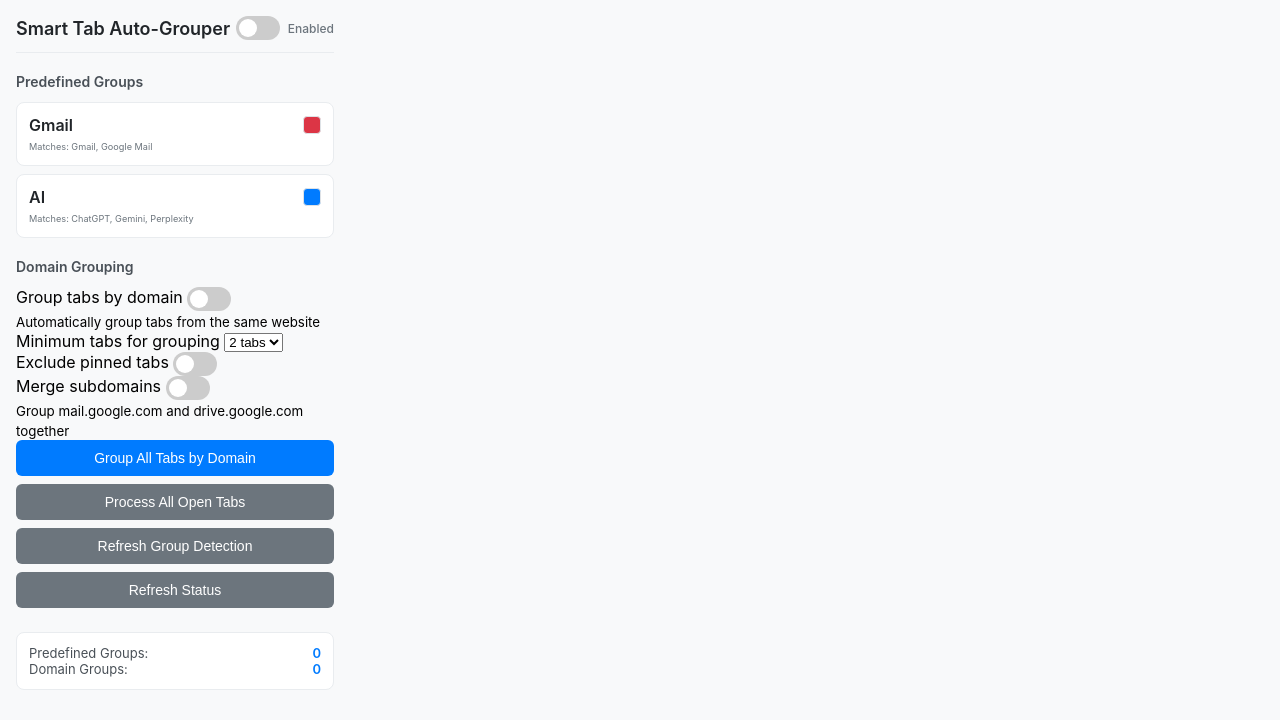
Repository: ZvonkoNS/smart-tab-grouper
Page: popup.html
The author's editor kept a copy of each file at every save. The page is drawn from the files as they stood at one save, then again after the next save.
The browser window is 1280 px wide. The pictures show the whole page.

Above is the page before, as saved 2025-06-02 19:30:23.

### popup.html
<!DOCTYPE html>
<html>
<head>
  <meta charset="utf-8">
  <link rel="stylesheet" href="popup.css">
</head>
<body>
  <div class="container">
    <header>
      <h1>Smart Tab Auto-Grouper</h1>
      <div class="toggle-container">
        <label class="switch">
          <input type="checkbox" id="enableToggle">
          <span class="slider"></span>
        </label>
        <span id="statusText">Enabled</span>
      </div>
    </header>

    <main>
      <section class="group-config">
        <h2>Predefined Groups</h2>

        <div class="group-item">
          <div class="group-header">
            <span class="group-title">Gmail</span>
            <span class="group-color gmail-color"></span>
          </div>
          <div class="group-patterns">
            <small>Matches: Gmail, Google Mail</small>
          </div>
        </div>

        <div class="group-item">
          <div class="group-header">
            <span class="group-title">AI</span>
            <span class="group-color ai-color"></span>
          </div>
          <div class="group-patterns">
            <small>Matches: ChatGPT, Gemini, Perplexity</small>
          </div>
        </div>
      </section>

      <section class="domain-grouping">
        <h2>Domain Grouping</h2>

        <div class="setting-item">
          <div class="setting-header">
            <span>Group tabs by domain</span>
            <label class="switch small">
              <input type="checkbox" id="domainGroupingToggle">
              <span class="slider"></span>
            </label>
          </div>
          <div class="setting-description">
            <small>Automatically group tabs from the same website</small>
          </div>
        </div>

        <div class="setting-item">
          <div class="setting-header">
            <span>Minimum tabs for grouping</span>
            <select id="minTabsSelect">
              <option value="2">2 tabs</option>
              <option value="3">3 tabs</option>
              <option value="4">4 tabs</option>
              <option value="5">5 tabs</option>
            </select>
          </div>
        </div>

        <div class="setting-item">
          <div class="setting-header">
            <span>Exclude pinned tabs</span>
            <label class="switch small">
              <input type="checkbox" id="excludePinnedToggle">
              <span class="slider"></span>
            </label>
          </div>
        </div>

        <div class="setting-item">
          <div class="setting-header">
            <span>Merge subdomains</span>
            <label class="switch small">
              <input type="checkbox" id="mergeSubdomainsToggle">
              <span class="slider"></span>
            </label>
          </div>
          <div class="setting-description">
            <small>Group mail.google.com and drive.google.com together</small>
          </div>
        </div>
      </section>

      <section class="actions">
        <button id="groupByDomain" class="btn primary">
          Group All Tabs by Domain
        </button>
        <button id="processAllTabs" class="btn secondary">
          Process All Open Tabs
        </button>
        <button id="refreshGroups" class="btn secondary">
          Refresh Group Detection
        </button>
        <button id="refreshStatus" class="btn secondary">
          Refresh Status
        </button>
      </section>

      <section class="status">
        <div class="status-item">
          <span>Predefined Groups:</span>
          <span id="activeGroupsCount">0</span>
        </div>
        <div class="status-item">
          <span>Domain Groups:</span>
          <span id="activeDomainGroupsCount">0</span>
        </div>
      </section>
    </main>
  </div>

  <script src="popup.js"></script>
</body>
</html>

### popup.css
body {
  width: 350px;
  margin: 0;
  font-family: -apple-system, BlinkMacSystemFont, 'Segoe UI', Roboto, sans-serif;
  background: #f8f9fa;
}

.container {
  padding: 16px;
}

header {
  display: flex;
  justify-content: space-between;
  align-items: center;
  margin-bottom: 20px;
  padding-bottom: 12px;
  border-bottom: 1px solid #e9ecef;
}

h1 {
  margin: 0;
  font-size: 18px;
  font-weight: 600;
  color: #212529;
}

h2 {
  margin: 0 0 12px 0;
  font-size: 14px;
  font-weight: 600;
  color: #495057;
}

.toggle-container {
  display: flex;
  align-items: center;
  gap: 8px;
}

.switch {
  position: relative;
  display: inline-block;
  width: 44px;
  height: 24px;
}

.switch input {
  opacity: 0;
  width: 0;
  height: 0;
}

.slider {
  position: absolute;
  cursor: pointer;
  top: 0;
  left: 0;
  right: 0;
  bottom: 0;
  background-color: #ccc;
  transition: .4s;
  border-radius: 24px;
}

.slider:before {
  position: absolute;
  content: "";
  height: 18px;
  width: 18px;
  left: 3px;
  bottom: 3px;
  background-color: white;
  transition: .4s;
  border-radius: 50%;
}

input:checked + .slider {
  background-color: #007bff;
}

input:checked + .slider:before {
  transform: translateX(20px);
}

#statusText {
  font-size: 12px;
  color: #6c757d;
  font-weight: 500;
}

.group-config {
  margin-bottom: 20px;
}

.group-item {
  background: white;
  border: 1px solid #e9ecef;
  border-radius: 8px;
  padding: 12px;
  margin-bottom: 8px;
}

.group-header {
  display: flex;
  justify-content: space-between;
  align-items: center;
  margin-bottom: 4px;
}

.group-title {
  font-weight: 600;
  color: #212529;
}

.group-color {
  width: 16px;
  height: 16px;
  border-radius: 4px;
  border: 1px solid #dee2e6;
}

.gmail-color {
  background-color: #dc3545;
}

.ai-color {
  background-color: #007bff;
}

.group-patterns {
  color: #6c757d;
  font-size: 11px;
}

.actions {
  margin-bottom: 16px;
}

.btn {
  width: 100%;
  padding: 10px 16px;
  border: none;
  border-radius: 6px;
  font-size: 14px;
  font-weight: 500;
  cursor: pointer;
  transition: all 0.2s;
  margin-bottom: 8px;
}

.btn.primary {
  background-color: #007bff;
  color: white;
}

.btn.primary:hover {
  background-color: #0056b3;
}

.btn.secondary {
  background-color: #6c757d;
  color: white;
}

.btn.secondary:hover {
  background-color: #545b62;
}

.status {
  background: white;
  border: 1px solid #e9ecef;
  border-radius: 8px;
  padding: 12px;
}

.status-item {
  display: flex;
  justify-content: space-between;
  font-size: 13px;
  color: #495057;
}

.status-item span:last-child {
  font-weight: 600;
  color: #007bff;
}

### popup.js
class PopupManager {
  constructor() {
    this.initializePopup();
  }

  async initializePopup() {
    await this.loadStatus();
    this.setupEventListeners();
  }

  async loadStatus() {
    try {
      const response = await this.sendMessage({ action: 'getStatus' });
      this.updateUI(response);
    } catch (error) {
      console.error('Error loading status:', error);
    }
  }

  updateUI(status) {
    const enableToggle = document.getElementById('enableToggle');
    const statusText = document.getElementById('statusText');
    const activeGroupsCount = document.getElementById('activeGroupsCount');

    enableToggle.checked = status.enabled;
    statusText.textContent = status.enabled ? 'Enabled' : 'Disabled';
    activeGroupsCount.textContent = status.activeGroups || 0;
  }

  setupEventListeners() {
    const enableToggle = document.getElementById('enableToggle');
    const processAllTabs = document.getElementById('processAllTabs');
    const refreshGroups = document.getElementById('refreshGroups');
    const refreshStatus = document.getElementById('refreshStatus');

    enableToggle.addEventListener('change', async () => {
      try {
        const response = await this.sendMessage({ action: 'toggleEnabled' });
        const statusText = document.getElementById('statusText');
        statusText.textContent = response.enabled ? 'Enabled' : 'Disabled';
        await this.loadStatus();
      } catch (error) {
        console.error('Error toggling enabled state:', error);
      }
    });

    processAllTabs.addEventListener('click', async () => {
      try {
        processAllTabs.textContent = 'Processing...';
        processAllTabs.disabled = true;

        await this.sendMessage({ action: 'processAllTabs' });
        await this.loadStatus();

        processAllTabs.textContent = 'Process All Open Tabs';
        processAllTabs.disabled = false;
      } catch (error) {
        console.error('Error processing all tabs:', error);
        processAllTabs.textContent = 'Process All Open Tabs';
        processAllTabs.disabled = false;
      }
    });

    refreshGroups.addEventListener('click', async () => {
      try {
        refreshGroups.textContent = 'Refreshing...';
        refreshGroups.disabled = true;

        const response = await this.sendMessage({ action: 'refreshGroups' });
        await this.loadStatus();

        refreshGroups.textContent = 'Refresh Group Detection';
        refreshGroups.disabled = false;
      } catch (error) {
        console.error('Error refreshing groups:', error);
        refreshGroups.textContent = 'Refresh Group Detection';
        refreshGroups.disabled = false;
      }
    });

    refreshStatus.addEventListener('click', () => {
      this.loadStatus();
    });
  }

  sendMessage(message) {
    return new Promise((resolve, reject) => {
      chrome.runtime.sendMessage(message, (response) => {
        if (chrome.runtime.lastError) {
          reject(new Error(chrome.runtime.lastError.message));
        } else if (response.error) {
          reject(new Error(response.error));
        } else {
          resolve(response);
        }
      });
    });
  }
}

// Initialize popup when DOM is ready
document.addEventListener('DOMContentLoaded', () => {
  new PopupManager();
});

After the next save:
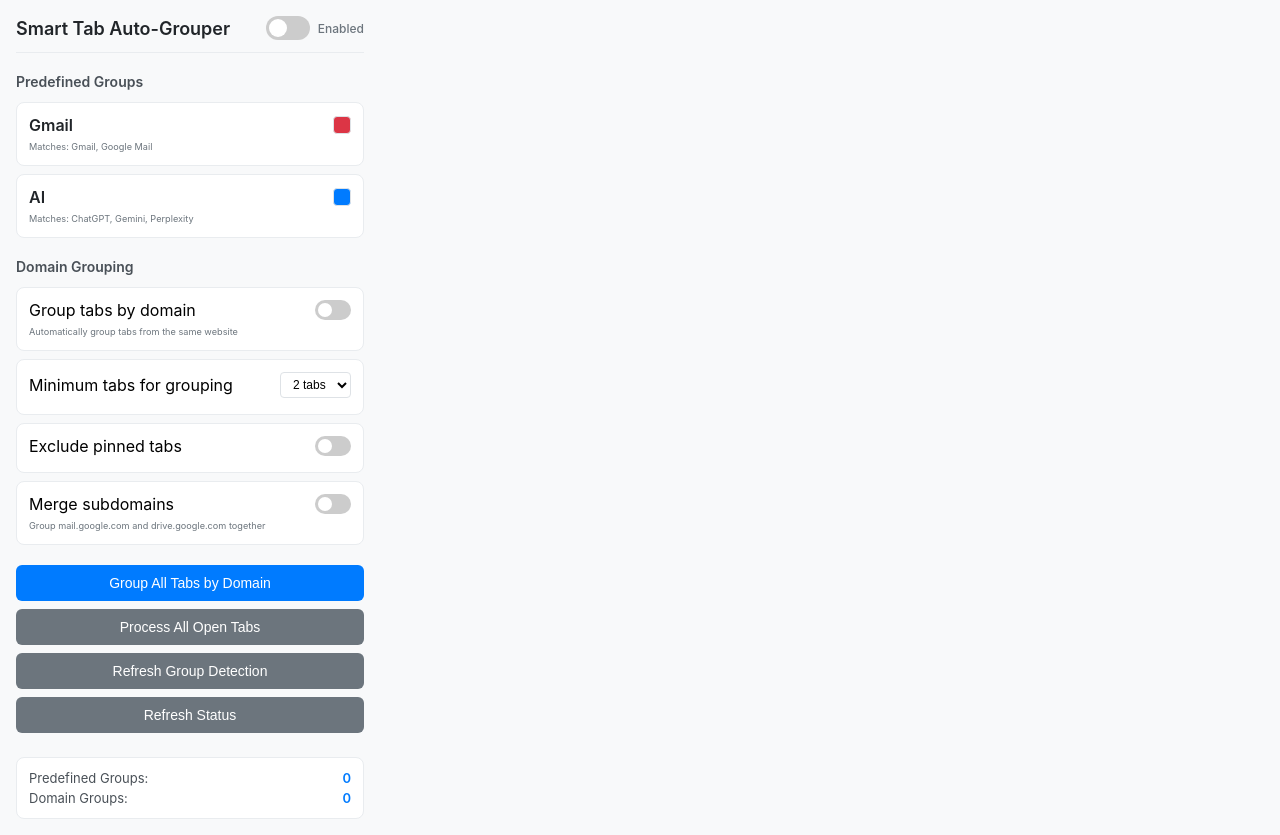
Saved 21 s later.
--- a/popup.css
+++ b/popup.css
@@ -1,5 +1,5 @@
 body {
-  width: 350px;
+  width: 380px;
   margin: 0;
   font-family: -apple-system, BlinkMacSystemFont, 'Segoe UI', Roboto, sans-serif;
   background: #f8f9fa;
@@ -43,6 +43,11 @@ h2 {
   display: inline-block;
   width: 44px;
   height: 24px;
+}
+
+.switch.small {
+  width: 36px;
+  height: 20px;
 }
 
 .switch input {
@@ -75,12 +80,23 @@ h2 {
   border-radius: 50%;
 }
 
+.switch.small .slider:before {
+  height: 14px;
+  width: 14px;
+  left: 3px;
+  bottom: 3px;
+}
+
 input:checked + .slider {
   background-color: #007bff;
 }
 
 input:checked + .slider:before {
   transform: translateX(20px);
+}
+
+input:checked + .switch.small .slider:before {
+  transform: translateX(16px);
 }
 
 #statusText {
@@ -89,11 +105,11 @@ input:checked + .slider:before {
   font-weight: 500;
 }
 
-.group-config {
+.group-config, .domain-grouping {
   margin-bottom: 20px;
 }
 
-.group-item {
+.group-item, .setting-item {
   background: white;
   border: 1px solid #e9ecef;
   border-radius: 8px;
@@ -101,7 +117,7 @@ input:checked + .slider:before {
   margin-bottom: 8px;
 }
 
-.group-header {
+.group-header, .setting-header {
   display: flex;
   justify-content: space-between;
   align-items: center;
@@ -128,9 +144,17 @@ input:checked + .slider:before {
   background-color: #007bff;
 }
 
-.group-patterns {
+.group-patterns, .setting-description {
   color: #6c757d;
   font-size: 11px;
+}
+
+select {
+  padding: 4px 8px;
+  border: 1px solid #dee2e6;
+  border-radius: 4px;
+  font-size: 12px;
+  background: white;
 }
 
 .actions {
@@ -179,6 +203,11 @@ input:checked + .slider:before {
   justify-content: space-between;
   font-size: 13px;
   color: #495057;
+  margin-bottom: 4px;
+}
+
+.status-item:last-child {
+  margin-bottom: 0;
 }
 
 .status-item span:last-child {
